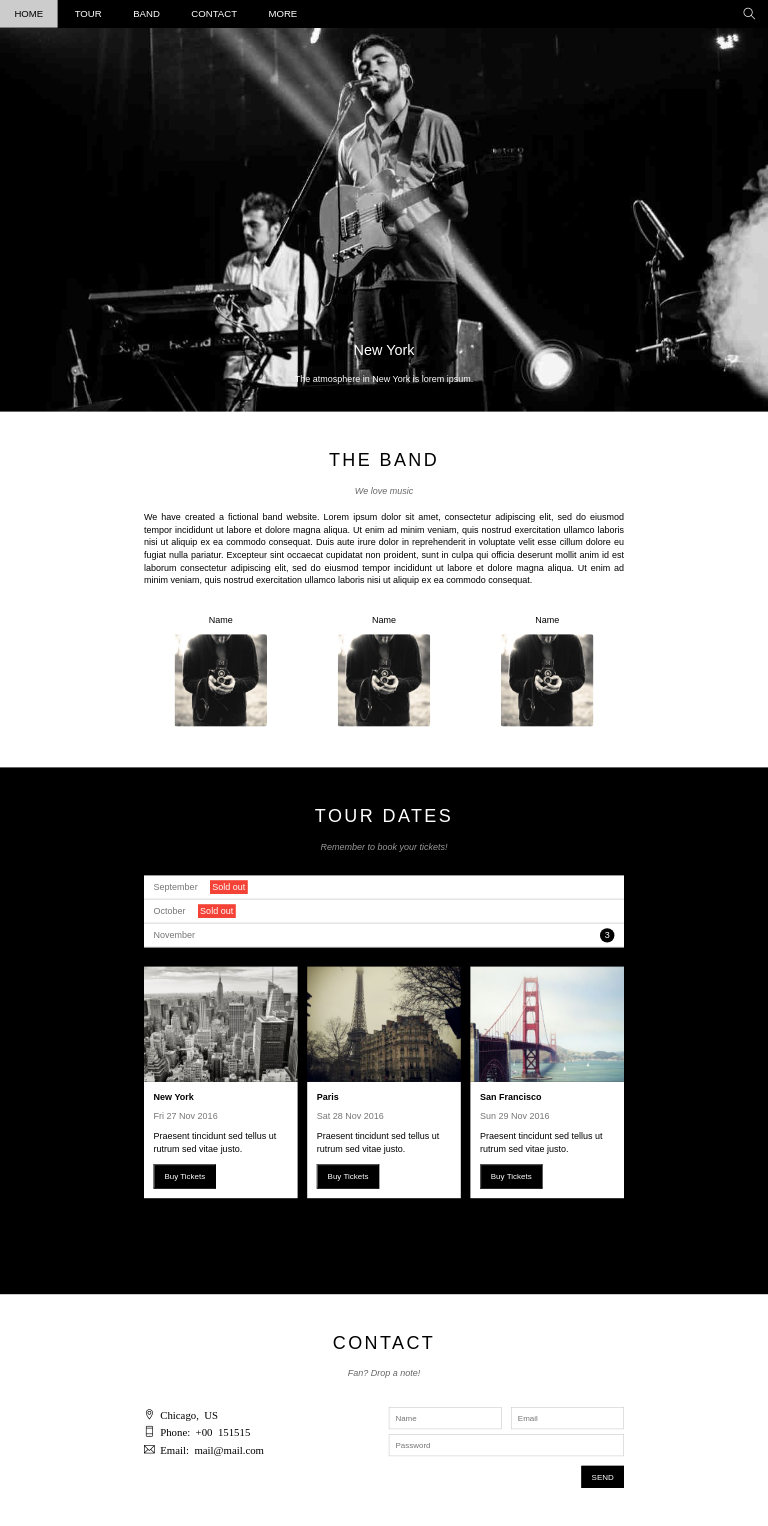
Repository: duyhung0311/band_music
Page: index.html
The author's editor kept a copy of each file at every save. The page is drawn from the files as they stood at one save, then again after the next save.
The browser window is 1280 px wide. The pictures show the whole page, at 60% of full size.

Above is the page before, as saved 2021-08-15 13:09:01.

### index.html
<!DOCTYPE html>
<html lang="en">
  <head>
    <meta charset="UTF-8" />
    <meta http-equiv="X-UA-Compatible" content="IE=edge" />
    <meta name="viewport" content="width=device-width, initial-scale=1.0" />
    <title>Document</title>
    <link rel="stylesheet" href="assets/css/style.css" />
    <link
      rel="stylesheet"
      href="./assets/fonts/themify-icons/themify-icons.css"
    />
  </head>
  <body>
    <div id="main">
      <div id="header">
        <!--#ul>li*5>a  -->
        <!-- Begin : Nav -->
        <ul id="nav">
          <li><a href="">Home</a></li>
          <li><a href="">Tour</a></li>
          <li><a href="">Band</a></li>
          <li><a href="">Contact</a></li>
          <li>
            <a href="">
              More
              <i class="nav-arrow-down ti-angle-dow"></i>
            </a>
            <ul class="subnav">
              <li><a href="">Merchandise</a></li>
              <li><a href="">Extras</a></li>
              <li><a href="">Media</a></li>
            </ul>
          </li>
        </ul>
        <!-- End : Nav -->

        <!-- Begin :Search button -->
        <div class="search-btn">
          <i class="search-icon ti-search"></i>
        </div>
        <!-- End :Search button -->
      </div>

      <div id="slider">
        <div class="text-content">
          <h2 class="text-heading">New York</h2>
          <div class="text-description">
            The atmosphere in New York is lorem ipsum.
          </div>
        </div>
      </div>

      <div id="content">
        <!-- About section -->
        <div class="content-section">
          <h2 class="section-heading">THE BAND</h2>
          <p class="section-sub-heading">We love music</p>
          <p class="about-content">
            We have created a fictional band website. Lorem ipsum dolor sit
            amet, consectetur adipiscing elit, sed do eiusmod tempor incididunt
            ut labore et dolore magna aliqua. Ut enim ad minim veniam, quis
            nostrud exercitation ullamco laboris nisi ut aliquip ex ea commodo
            consequat. Duis aute irure dolor in reprehenderit in voluptate velit
            esse cillum dolore eu fugiat nulla pariatur. Excepteur sint occaecat
            cupidatat non proident, sunt in culpa qui officia deserunt mollit
            anim id est laborum consectetur adipiscing elit, sed do eiusmod
            tempor incididunt ut labore et dolore magna aliqua. Ut enim ad minim
            veniam, quis nostrud exercitation ullamco laboris nisi ut aliquip ex
            ea commodo consequat.
          </p>

          <div class="row members-list">
            <div class="col col-third text-center">
              <p class="member-name">Name</p>
              <img
                src="./assets/img/ban/member1.jpg"
                alt=""
                class="member-avatar"
              />
            </div>

            <div class="col col-third text-center">
              <p class="member-name">Name</p>
              <img
                src="./assets/img/ban/member1.jpg"
                alt=""
                class="member-avatar"
              />
            </div>

            <div class="col col-third text-center">
              <p class="member-name">Name</p>
              <img
                src="./assets/img/ban/member1.jpg"
                alt=""
                class="member-avatar"
              />
            </div>

            <div class="clear"></div>
          </div>
        </div>

        <!-- Tour section -->
        <div class="tour-section">
          <div class="content-section">
            <h2 class="section-heading text-white">TOUR DATES</h2>
            <p class="section-sub-heading text-white">
              Remember to book your tickets!
            </p>

            <!-- Ticket list -->
            <ul class="ticket-list">
              <li>September <span class="sold-out">Sold out</span></li>
              <li>October <span class="sold-out">Sold out</span></li>
              <li>November <span class="quantity">3</span></li>
            </ul>

            <!-- Place list -->
            <div class="row places-list">
              <div class="col col-third">
                <img
                  src="./assets//img/place/place1.jpg"
                  alt="New York"
                  class="place-img"
                />
                <div class="place-body">
                  <h3 class="place-heading">New York</h3>
                  <p class="place-time">Fri 27 Nov 2016</p>
                  <p class="place-description">
                    Praesent tincidunt sed tellus ut rutrum sed vitae justo.
                  </p>
                  <button class="btn js-buy-ticket">
                    Buy Tickets
                  </button>
                </div>
              </div>

              <div class="col col-third">
                <img
                  src="./assets//img/place/place2.jpg"
                  alt="Paris"
                  class="place-img"
                />
                <div class="place-body">
                  <h3 class="place-heading">Paris</h3>
                  <p class="place-time">Sat 28 Nov 2016</p>
                  <p class="place-description">
                    Praesent tincidunt sed tellus ut rutrum sed vitae justo.
                  </p>
                  <button class="btn js-buy-ticket">
                    Buy Tickets
                  </button>
                </div>
              </div>
              <div class="col col-third">
                <img
                  src="./assets//img/place/place3.jpg"
                  alt="San Francisco"
                  class="place-img"
                />
                <div class="place-body">
                  <h3 class="place-heading">San Francisco</h3>
                  <p class="place-time">Sun 29 Nov 2016</p>
                  <p class="place-description">
                    Praesent tincidunt sed tellus ut rutrum sed vitae justo.
                  </p>
                  <button class="btn js-buy-ticket">
                    Buy Tickets
                  </button>
                </div>
              </div>
              <div class="clear"></div>
            </div>
          </div>
        </div>

        <!-- Tour section -->
        <div class="content-section">
          <h2 class="section-heading">CONTACT</h2>
          <p class="section-sub-heading">Fan? Drop a note!</p>
          <div class="row contact-content">
            <div class="col col-half contact-info">
              <p><i class="ti-location-pin"> Chicago, US </i></p>
              <p><i class="ti-mobile"> Phone: +00 151515 </i></p>
              <p><i class="ti-email"> Email: mail@mail.com </i></p>
            </div>
            <div class="col col-half  contact-form">
              <form action="">
                <div class="row">
                  <div class="col col-half">
                    <input
                      type="text"
                      name=""
                      required
                      id=""
                      placeholder="Name"
                      class="form-control"
                    />
                  </div>
                  <div class="col col-half">
                    <input
                      type="email"
                      name=""
                      required
                      id=""
                      placeholder="Email"
                      class="form-control"
                    />
                  </div>
                </div>
                <div class="row mt-8">
                   <div class="col col-full">
                    <input
                      type="password"
                      name=""
                      required
                      id=""
                      placeholder="Password"
                      class="form-control"
                    />
                  </div>
                </div>
                <input type="submit" value="SEND" class="form-submit-btn mt-16">
              </form>
            </div>
          </div>
        </div>
      </div>

      <div id="footer"></div>
    </div>
    <div class="modal js-modal">
      <div class="modal-container js-modal-container">
        <div class="modal-close js-modal-close">
          <i class="ti-close"></i>
        </div>
        <header class="modal-header">
          <i class="modal-heading-icon ti-bag"></i>
          Tickets
        </header>
        <div class="modal-body">
          <label for="ticket-quantity" class="modal-label">
            <i class="ti-shopping-cart"></i>
            Tickets, $15 per person
          </label>
          <input
            id="quantity"
            type="text"
            placeholder="How many?"
            class="modal-input"
          />

          <label for="email" class="modal-label">
            <i class="ti-user"></i>
            Send To
          </label>
          <input
            id="email"
            type="text"
            placeholder="Email"
            class="modal-input"
          />
          <button id="buy-tickets">Pay <i class="ti-check"></i></button>
        </div>
        <footer class="modal-footer">
          <p class="modal-help">Need <a href="">help?</a></p>
        </footer>
      </div>
    </div>
    <script>
      const buyBtns = document.querySelectorAll(".js-buy-ticket");
      const modal = document.querySelector(".modal");
      const modalClose = document.querySelector(".js-modal-close");
      const modalContainer = document.querySelector(".js-modal-container");
      // Hàm hiển thị modal
      function showBuyTickets() {
        modal.classList.add("open");
      }
      // Hàm ẩn đi modal mua vé
      function showCloseTickets() {
        modal.classList.remove("open");
      }
      for (const buyBtn of buyBtns) {
        buyBtn.addEventListener("click", showBuyTickets);
      }
      modalClose.addEventListener("click", showCloseTickets);
      modal.addEventListener("click", showCloseTickets);
      modalContainer.addEventListener("click", function (event) {
        event.stopPropagation();
      });
    </script>
  </body>
</html>

### assets/css/style.css
/*Reset CSS*/
* {
  padding: 0;
  margin: 0;
  box-sizing: border-box;
}
html {
  font-family: Arial, Helvetica, sans-serif;
}
/*
    1. Từ ngoài vào trong
    2. Từ trên xuống dưới
    3. Từ tổng quan đến chi tiết
*/
/*
    1. Vị trí
    2. Kích thước (width height)
    3. Màu sắc
    4. Kiểu dáng (kiểu chữ, hình tròn, vuông, ....)
*/
.clear{
    clear: both;
}
.text-center {
    text-align: center !important;
}
.text-white {
    color: #fff !important;
}
.mt-8 {
    margin-top: 8px !important;
}
.mt-16 {
    margin-top: 16px !important;
}
.place-body .btn{
    color: #fff;
    background :#000;
    text-decoration: none;
    padding:11px 16px;
    display: inline-block;
    margin-top: 15px;
}
.place-body .btn:hover{
    color: #000;
    background: #ccc;
}
#main {
}
#header {
  position: fixed;
  top: 0;
  left: 0;
  right: 0;
  z-index: 1;
  height: 46px;
  background-color: #000;
}

#nav {
  display: inline-block;
}

/* cách bỏ dấu chấm đầu dòng của thằng ul */
#nav,
.subnav {
  list-style-type: none;
}

#nav > li {
  display: inline-block;
}
#nav li {
  /* inline là trên 1 hàng block giữ lại kích thước khối */
  position: relative;
}

#nav > li > a {
  color: #fff;
  text-transform: uppercase;
}

#nav li a {
  text-decoration: none;
  line-height: 46px;
  padding: 0 24px;
  display: block;
  /* inline k tính chiều cao và chiều rộng được */
}

#nav li:hover .subnav {
  display: block;
}

#nav > li:hover > a,
#nav .subnav li:hover a {
  color: #000;
  background-color: #ccc;
}

#nav .subnav {
  display: none;
  min-width: 160px;
  position: absolute;
  top: 100%;
  /* top = 100% là nó lấy chính chiều cao
    100% của chính nó */
  left: 0;
  background-color: #fff;
  box-shadow: 0 0 10px rgba(0, 0, 0, 0.3);
}

#nav .subnav a {
  color: #000;
  padding: 0 12px;
  line-height: 38px;
}

#nav .nav-arrow-down {
  font-size: 14px;
}

#header .search-btn {
  float: right;
  padding: 0 21px;
  cursor: pointer;
}

#header .search-btn:hover {
  background-color: #f44336;
}

#header .search-icon {
  color: #fff;
  font-size: 20px;
  line-height: 46px;
}

#slider {
    position: relative;
    margin-top: 46px;
    padding-top: 50%;
    background:url('./../img/slider/slider1.jpg') top center / cover no-repeat;
}
#slider .text-content   {
    position: absolute;
    bottom: 46px;
    left: 50%;
    color: #fff;
    transform: translateX(-50%);
    text-align: center;
}

#slider .text-heading   {
    font-weight: 500;
    font-size: 24px;
}

#slider .text-description   {
    font-size: 15px;
    margin-top: 25px;
}

#content {

}

#content .content-section{
    width: 800px;
    margin: 0 auto;
    padding: 64px 0;
}

#content .section-heading {
    font-size: 30px;
    font-weight: 500;
    letter-spacing: 4px;
}

#content .section-sub-heading,
#content .about-content {
    margin-top: 25px;
    font-size: 15px;
}

#content .section-heading,
#content .section-sub-heading {
    text-align: center;
}

#content .section-sub-heading {
    font-style: italic;
    opacity: 0.6;
}

#content .about-content {
    text-align: justify;
    line-height: 1.4;
}

#content .members-list {
    margin-top: 48px;
    /* overflow: hidden; */
}

#content .member-item {
    text-align: center;
}

#content .member-name {
    font-size: 15px;
}

#content .member-avatar {
    width: 154px;
    margin-top:15px;
    border-radius: 4px;
}
/* Tour section */
.tour-section {
    background: #000;
}

.ticket-list li {
    color: #757575;
    font-size: 15px;
    padding: 11px 16px;
    border-bottom: 1px solid #bbb;
    list-style-type: none;
}

.ticket-list {
    background:#fff;
    margin-top: 40px;
}


.ticket-list .sold-out {
    color: #fff;
    background: #f44336;
    padding: 3px 4px;
    margin-left: 16px;
}

.ticket-list .quantity {
    float: right;
    margin-top: -3px;
    width: 24px;
    height: 24px;
    background:#000;
    color: #fff;
    border-radius: 50%;
    text-align: center;
    line-height: 24px;
}
.places-list{
    margin-top: 32px;
    margin-bottom: 48px;
    padding-bottom: 48px;
}

/* .places-list .place-item{ */
    /* float: left;
    padding: 0 8px; */
    /* width: calc(100%/3); */
/* } */
.places-list .place-img{
    width: 100%;
    display: block;
}
.places-list .place-img:hover{
    opacity: 0.6;
}
.places-list .place-body{
    padding: 16px;
    background-color: #fff;
    font-size: 15px;
}
.place-body .place-heading{
    font-size: 15px;
    font-weight:600;
}
.place-body .place-time{
    margin-top: 15px;
    color: #757575;
}
.place-body .place-description{
    margin-top: 15px;
    line-height: 1.4;
}
/* Footer section */
#footer {
}
.modal{
    position: fixed;
    top: 0;
    bottom: 0;
    left: 0;
    right: 0;
    background: rgba(0,0,0,0.3);
    display: none;
    align-items: center;
    justify-content: center;
}
.modal.open {
    display: flex;
}
.modal .modal-container {
    background: #fff;
    width: 900px;
    min-height: 200px;
    max-width: calc(100% - 32px);
    animation: modalFadeIn ease-in .5s;
}
.modal .modal-header{
    background: #009688;
    height: 130px;
    display: flex;
    align-items: center;
    justify-content: center;
    font-size: 30px;
    color: #fff;
}
.modal-header .modal-heading-icon {
    margin-right: 16px;
}
.modal .modal-container {
    position: relative;
}
.modal-container .modal-close {
    position: absolute;
    top: 0;
    right: 0;
    padding: 12px;
    cursor: pointer;
    opacity: 0.9;
}
.modal-container .modal-close:hover {
    opacity: 1;
}
.modal-container .modal-body {
    padding: 16px;
}
.modal-body .modal-label {
    display: block;
    font-size: 15px;
    margin-bottom: 12px;
}
.modal-body .modal-input {
    border:1px solid #ccc;
    width: 100%;
    padding: 10px;
    font-size: 15px;
    margin-bottom: 24px;
}
.modal-body #buy-tickets{
      background: #009688;
      border: none;
      color:#fff;
      width: 100%;
      text-transform: uppercase;
      padding:18px;
      cursor: pointer;
}
.modal-body #buy-tickets:hover {
    opacity: 0.9;
}
.modal-footer{
    padding: 16px;
    text-align: right;
}
.modal-footer a {
    color: #2196f3;
}
.row {
    margin-left: -8px;
    margin-right: -8px;
}
.row::after {
    content :"";
    display: block;
    clear: both;
}
.col {
    padding-left: 8px;
    padding-right: 8px;
    float: left;
}
.col-third {
    width:calc(100% / 3)
}
.col-half {
    width:50%;
}
.col-full {
    width:100%;
}
.contact-content{
    margin-top: 48px;
}
.contact-info {
    font-size: 18px;
    line-height: 1.6;
}
.contact-info i[class*="ti-"]  {
    width: 30px;
}
.contact-form{
    font-size: 15px;
}
.contact-form .form-control {
    padding : 10px;
    border: 1px solid #ccc;
    width: 100%;
}
.contact-form .form-submit-btn {
    background: #000;
    color: #fff;
    border: 1px solid #000;
    padding: 10px 16px;
    float: right;
}
@keyframes modalFadeIn {
    from {
        transform: translateY(-140px);
        opacity: 0;
    }
    to {
        transform: translateY(0);
        opacity: 1;
    }
}

Loaded but not shown: assets/fonts/themify-icons/themify-icons.css (common file)

After the next save:
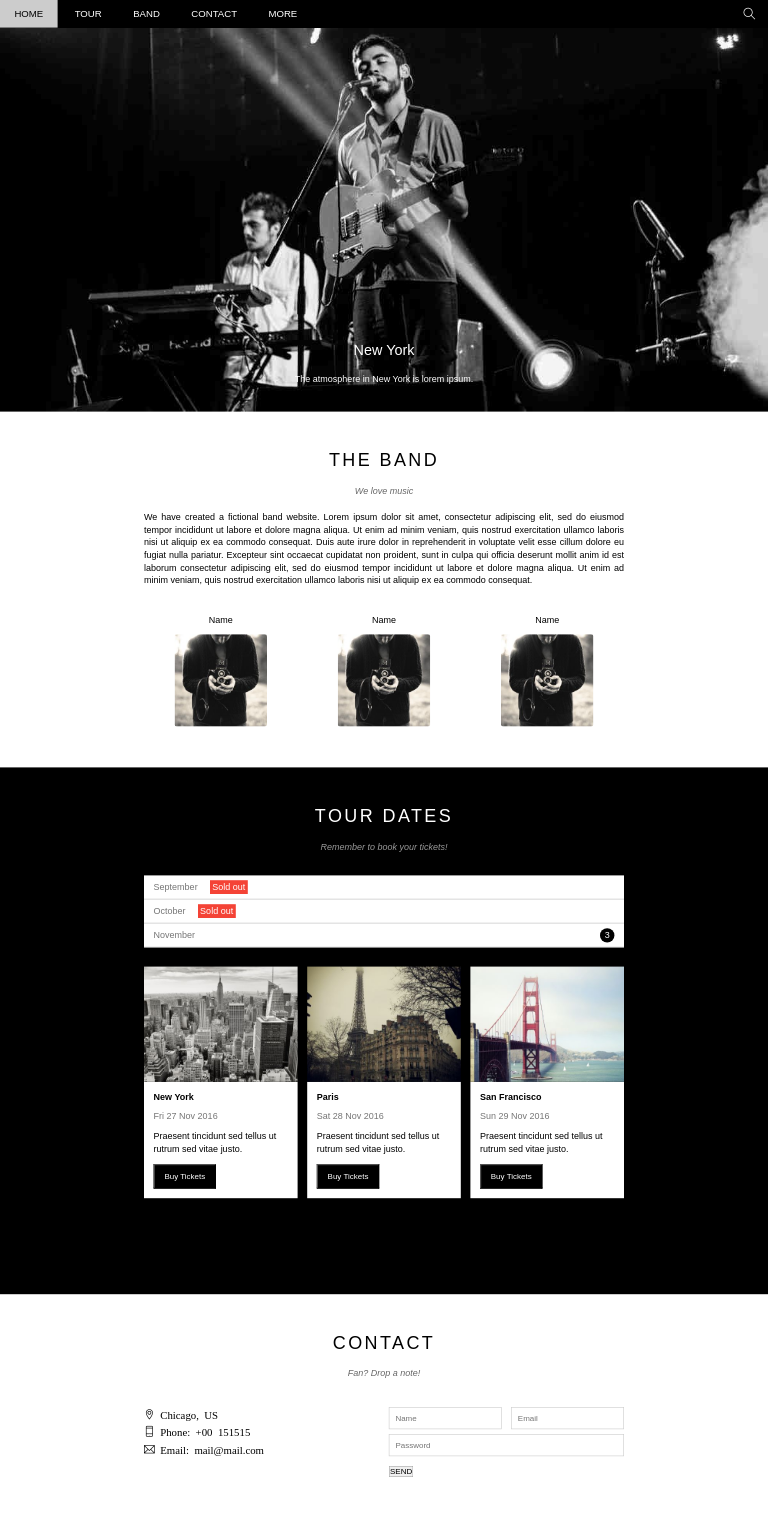
Saved 2 min 32 s later.
--- a/index.html
+++ b/index.html
@@ -222,7 +222,7 @@
                     />
                   </div>
                 </div>
-                <input type="submit" value="SEND" class="form-submit-btn mt-16">
+                <input type="submit" value="SEND" class="btn mt-16">
               </form>
             </div>
           </div>
